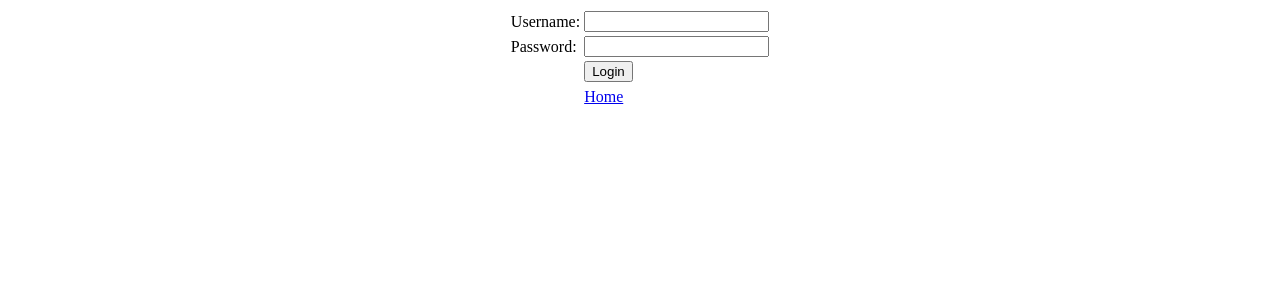
Repository: anil1581994/SpringBasicProgram
Page: http://localhost/MvcLoginRegistration/login
The author's editor kept a copy of each file at every save. The page is drawn from the files as they stood at one save, then again after the next save.
The browser window is 1280 px wide. The pictures show the whole page.
The page is served by Tomcat 9. Other server files are loaded and not shown.

Above is the page before, as saved 2018-02-15 08:14:09.

### MvcLoginRegistration/src/main/webapp/WEB-INF/jsp/login.jsp
<%@ taglib prefix="form" uri="http://www.springframework.org/tags/form"%>
<%@ page language="java" contentType="text/html; charset=ISO-8859-1"
	pageEncoding="ISO-8859-1"%>
<!DOCTYPE html PUBLIC "-//W3C//DTD HTML 4.01 Transitional//EN" "http://www.w3.org/TR/html4/loose.dtd">
<html>
<head>
<meta http-equiv="Content-Type" content="text/html; charset=ISO-8859-1">
<title>Login</title>
</head>
<body>
	<form:form id="loginForm" modelAttribute="login" action="loginProcess"
		method="post">
		<table align="center">
			<tr>
				<td><form:label path="username">Username: </form:label></td>
				<td><form:input path="username" name="username" id="username" />
				</td>
			</tr>
			<tr>
				<td><form:label path="password">Password:</form:label></td>
				<td><form:password path="password" name="password"
						id="password" /></td>
			</tr>
			<tr>
				<td></td>
				<td align="left"><form:button id="login" name="login" value="submit">Login</form:button>
				</td>
			</tr>
			<tr></tr>
			<tr>
				<td></td>
				<td><a href="home.jsp">Home</a></td>
			</tr>
		</table>
	</form:form>
	 <!--  <table align="center">
		<tr>
			<td style="font-style: italic; color: red;">${message}</td>
		</tr>
	</table> -->
</body>
</html>

After the next save:
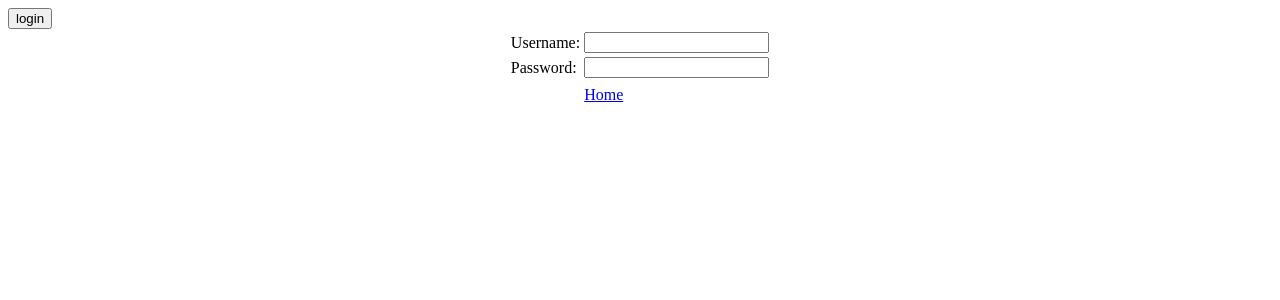
Saved 90 s later.
--- a/MvcLoginRegistration/src/main/webapp/WEB-INF/jsp/login.jsp
+++ b/MvcLoginRegistration/src/main/webapp/WEB-INF/jsp/login.jsp
@@ -22,9 +22,10 @@
 						id="password" /></td>
 			</tr>
 			<tr>
-				<td></td>
+				<!--  <td></td>
 				<td align="left"><form:button id="login" name="login" value="submit">Login</form:button>
-				</td>
+				</td>-->
+				<input type="submit" value="login"/>
 			</tr>
 			<tr></tr>
 			<tr>
